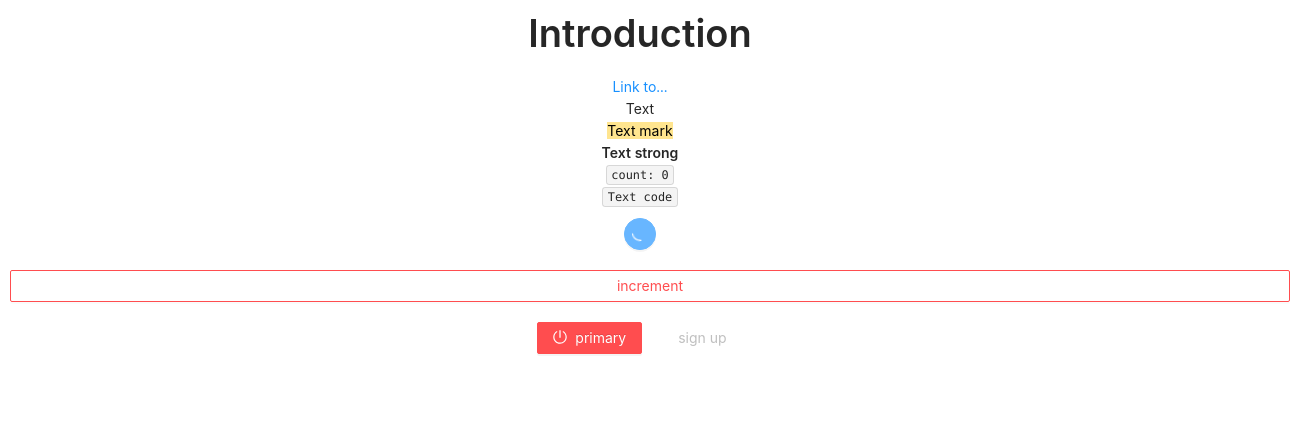
Repository: ErosHai/antd-demo
Page: /
An editor plug-in stored every save of this project. The page is shown before and after the next save, followed by the edit.
The browser window is 1280 px wide. The page is 1300 px wide, so the pictures cover 1300 px, including what lies to the right of the window. The pictures show the whole page.
The project was rebuilt for these pictures with package versions that can differ from the ones it lists, and the page was loaded fresh each time.

Above is the page before, as saved 2022-04-12 15:24:13.

### src/index.js
import React from 'react'
import { createRoot } from 'react-dom/client'
import './index.css'
import App from './App'
import reportWebVitals from './reportWebVitals'

const root = createRoot(document.getElementById('root'))
root.render(<App />)

// If you want to start measuring performance in your app, pass a function
// to log results (for example: reportWebVitals(console.log))
// or send to an analytics endpoint. Learn more: https://bit.ly/CRA-vitals
reportWebVitals()

### src/App.js
import './App.css'
import { Button, Tooltip, Typography } from 'antd'
import { SearchOutlined } from '@ant-design/icons'
import { useState } from 'react'
import { PoweroffOutlined } from '@ant-design/icons'

function App() {
	const [count, setCount] = useState(0)

	const { Title, Link, Text } = Typography

	return (
		<div className="App">
			<Title>Introduction</Title>
			<Link href="https://www.baidu.com">Link to...</Link>
			<Text>Text</Text>
			<Text mark>Text mark</Text>
			<Text strong>Text strong</Text>
			<Text code> {`count: ${count}`} </Text>
			<Text code>Text code</Text>

			<Tooltip title="search">
				<Button
					type="primary"
					shape="circle"
					loading="true"
					icon={<SearchOutlined />}
				></Button>
			</Tooltip>
			<Button
				type="default"
				onClick={() => {
					setCount(count + 1)
				}}
				block
				ghost
				danger
			>
				increment
			</Button>
			<Button type="primary" danger icon={<PoweroffOutlined />}>
				primary
			</Button>
			<Button type="text" disabled>
				sign up
			</Button>
		</div>
	)
}

export default App

### src/App.css
@import '~antd/dist/antd.css';

.App {
  text-align: center;
  /* background-color: #282c34; */
  padding:10px 0px;

}
.App .ant-typography{
  display:block;
}
.App button {
  margin:  10px;
}
.App-logo {
  height: 40vmin;
  pointer-events: none;
}

@media (prefers-reduced-motion: no-preference) {
  .App-logo {
    animation: App-logo-spin infinite 20s linear;
  }
}

.App-header {
  background-color: #282c34;
  min-height: 100vh;
  display: flex;
  flex-direction: column;
  align-items: center;
  justify-content: center;
  font-size: calc(10px + 2vmin);
  color: white;
}

.App-link {
  color: #61dafb;
}

@keyframes App-logo-spin {
  from {
    transform: rotate(0deg);
  }
  to {
    transform: rotate(360deg);
  }
}

Loaded but not shown: public/index.html (common file); src/index.css (common file); src/reportWebVitals.js (common file)

After the next save:
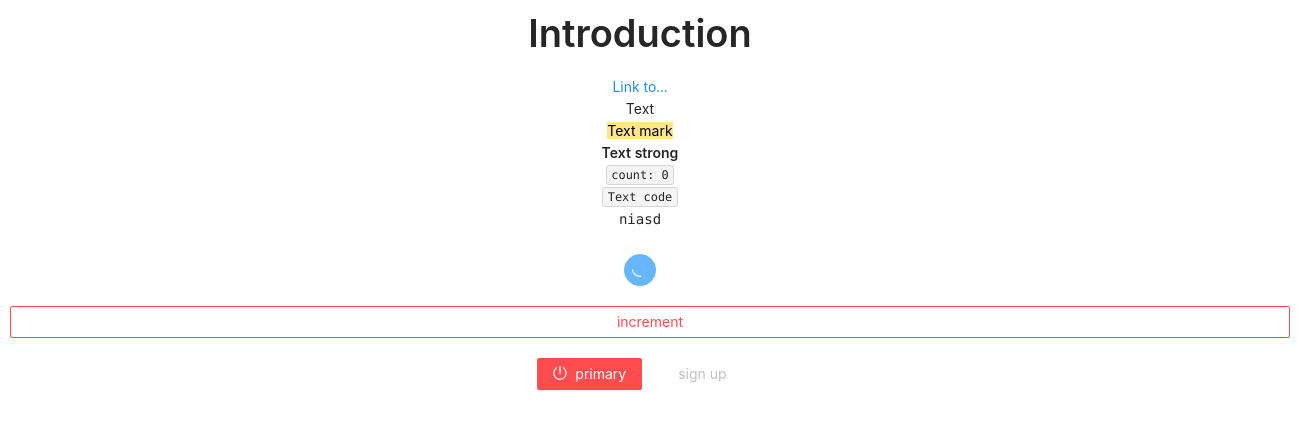
Saved 2 min 15 s later.
--- a/src/App.js
+++ b/src/App.js
@@ -18,6 +18,7 @@ function App() {
 			<Text strong>Text strong</Text>
 			<Text code> {`count: ${count}`} </Text>
 			<Text code>Text code</Text>
+			<pre>niasd</pre>
 
 			<Tooltip title="search">
 				<Button
